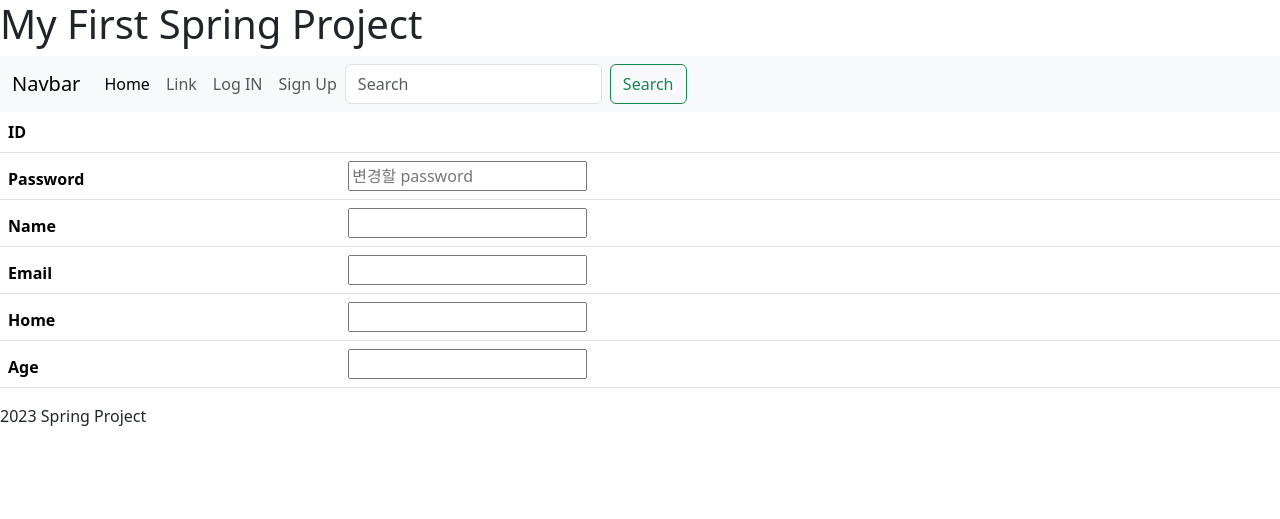
Repository: gatsby5959/_springTest
Page: http://localhost/spring-Test/WEB-INF/views/member/modify.jsp
These files come from the project's save history. The page is drawn as it stood at one moment and after the next save; the edit follows.
The browser window is 1280 px wide. The pictures show the whole page.
The page is served by Tomcat 9. Nobody is signed in. The template is opened directly, without the code that normally fills it, so the values that code supplies are empty.

Above is the page before, as saved 2023-10-06 11:43:05.

After the next save:
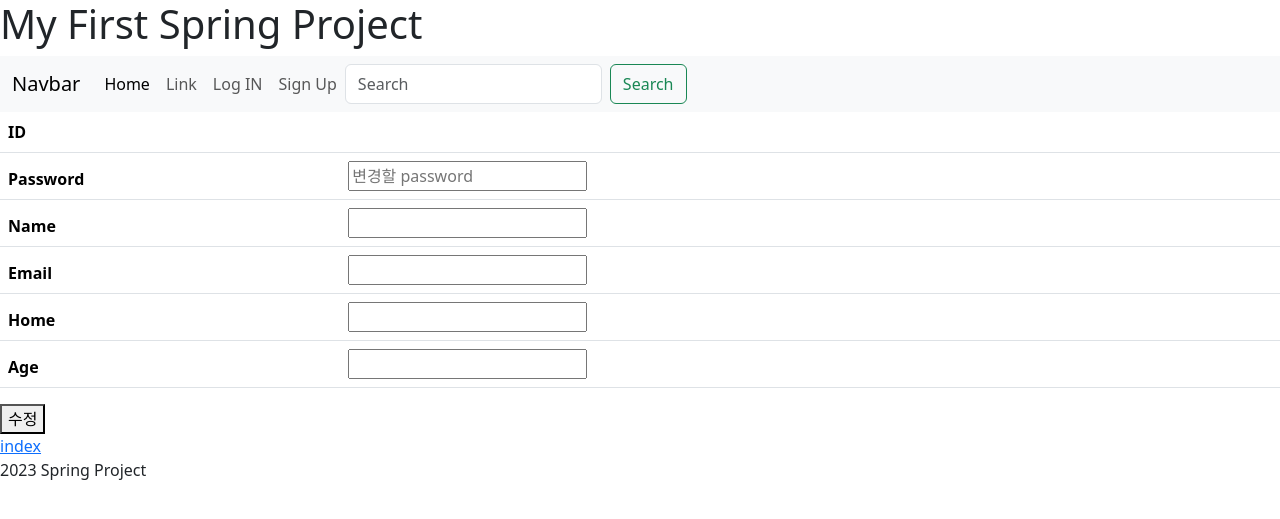
Saved 36 s later.
--- a/spring-Test/src/main/webapp/WEB-INF/views/member/modify.jsp
+++ b/spring-Test/src/main/webapp/WEB-INF/views/member/modify.jsp
@@ -39,8 +39,9 @@
 		</tr>
 	</thead>
 </table>
+<button type="submit">수정</button>
 </form>
-
+<a href="/">index</a>
 
 
 <jsp:include page="../layout/footer.jsp"></jsp:include>
